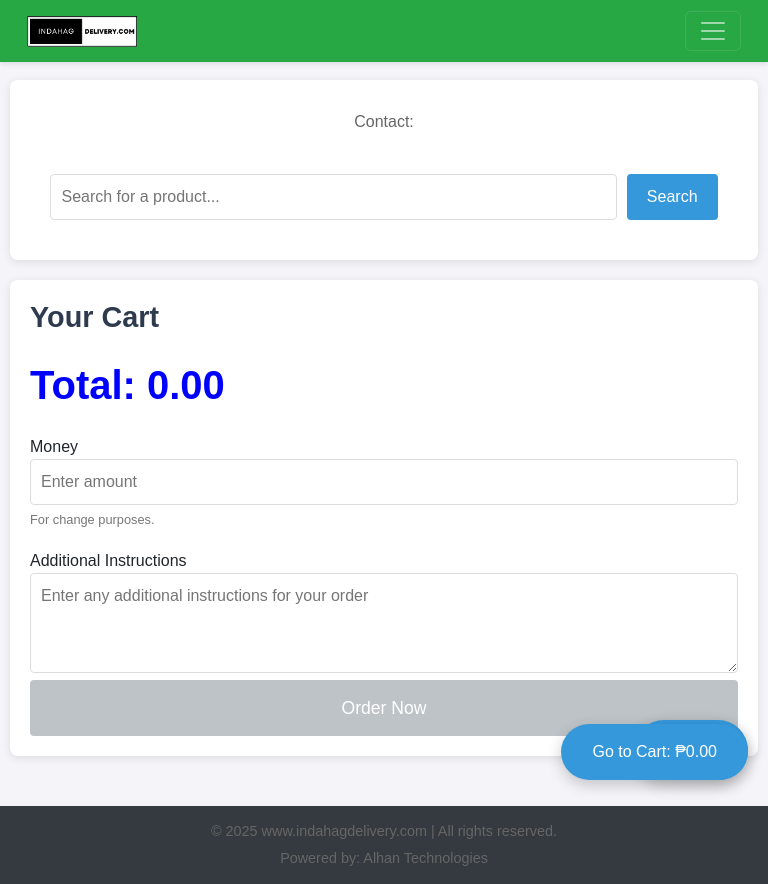
Repository: Jijiluzana225/indahagdelivery.com
Page: store/templates/store/store_products.html
An editor plug-in stored every save of this project. The page is shown before and after the next save, followed by the edit.
The browser window is 768 px wide. The pictures show the whole page.
The template is drawn by Django 5.2. The application's start-up code is not run. The template is opened directly, without the code that normally fills it, so the values that code supplies are empty.

Above is the page before, as saved 2025-01-23 12:38:08.

After the next save:
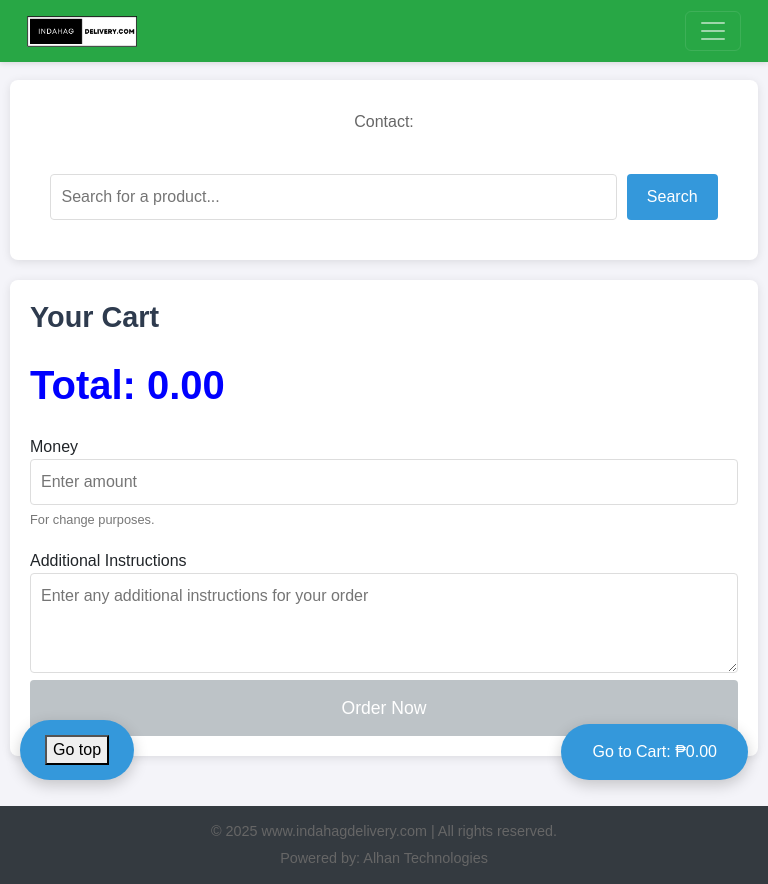
Saved 65 s later.
--- a/store/templates/store/store_products.html
+++ b/store/templates/store/store_products.html
@@ -359,7 +359,7 @@
 .go-to-top {
     position: fixed;
     bottom: 20px;
-    right: 20px;
+    left: 20px;
     background-color: #3498db;
     padding: 15px 25px;
     border-radius: 50px;
